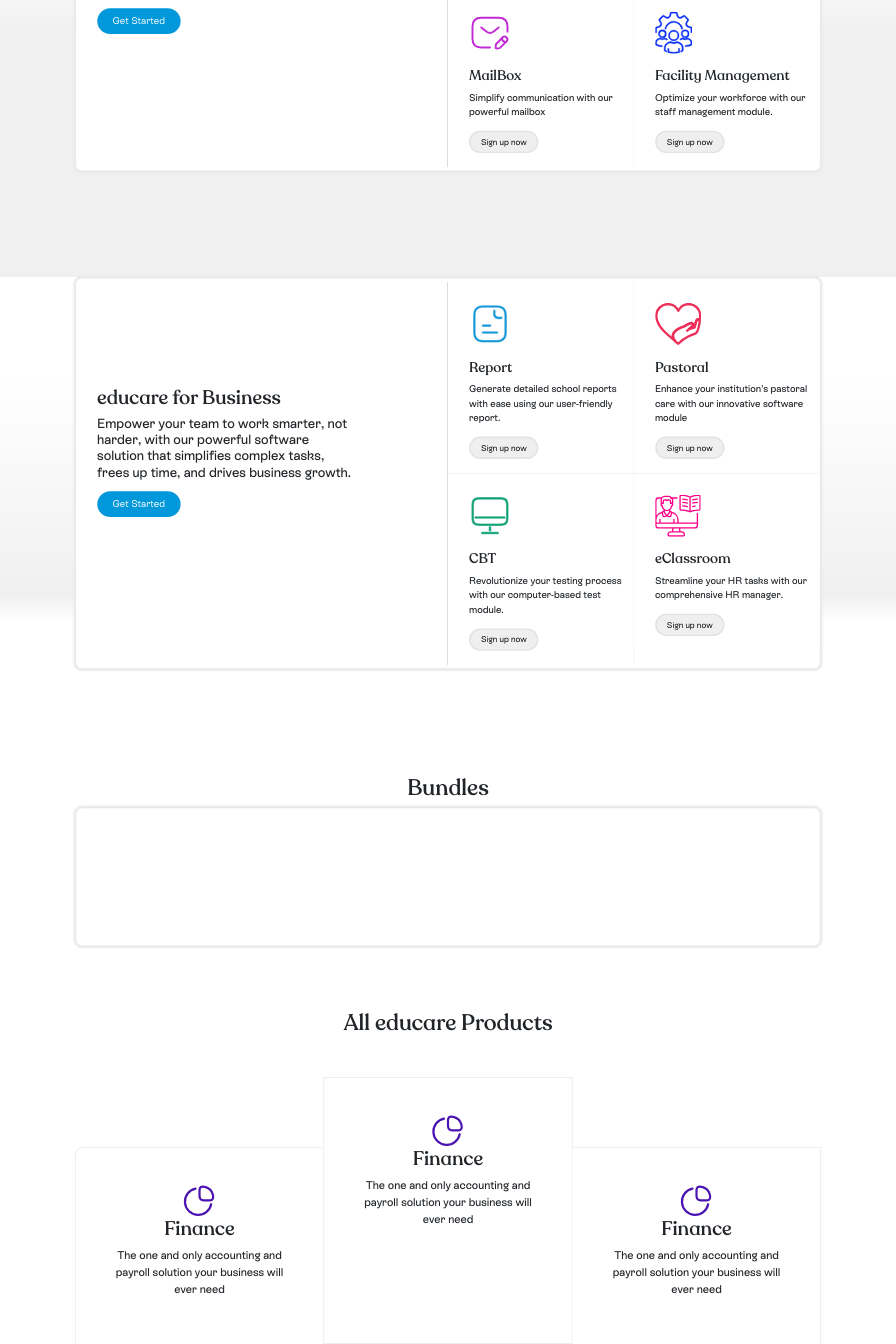
Repository: sarahnnanyelugo/educare-web
Page: /
An editor plug-in stored every save of this project. The page is shown before and after the next save, followed by the edit.
The browser window is 1280 px wide. The pictures show the part of the page from y = 1494 to 3414 px (the page is 3414 px tall), at 70% of full size.
The project was rebuilt for these pictures with package versions that can differ from the ones it lists, and the page was loaded fresh each time.

Above is the page before, as saved 2023-04-05 10:22:34.

After the next save:
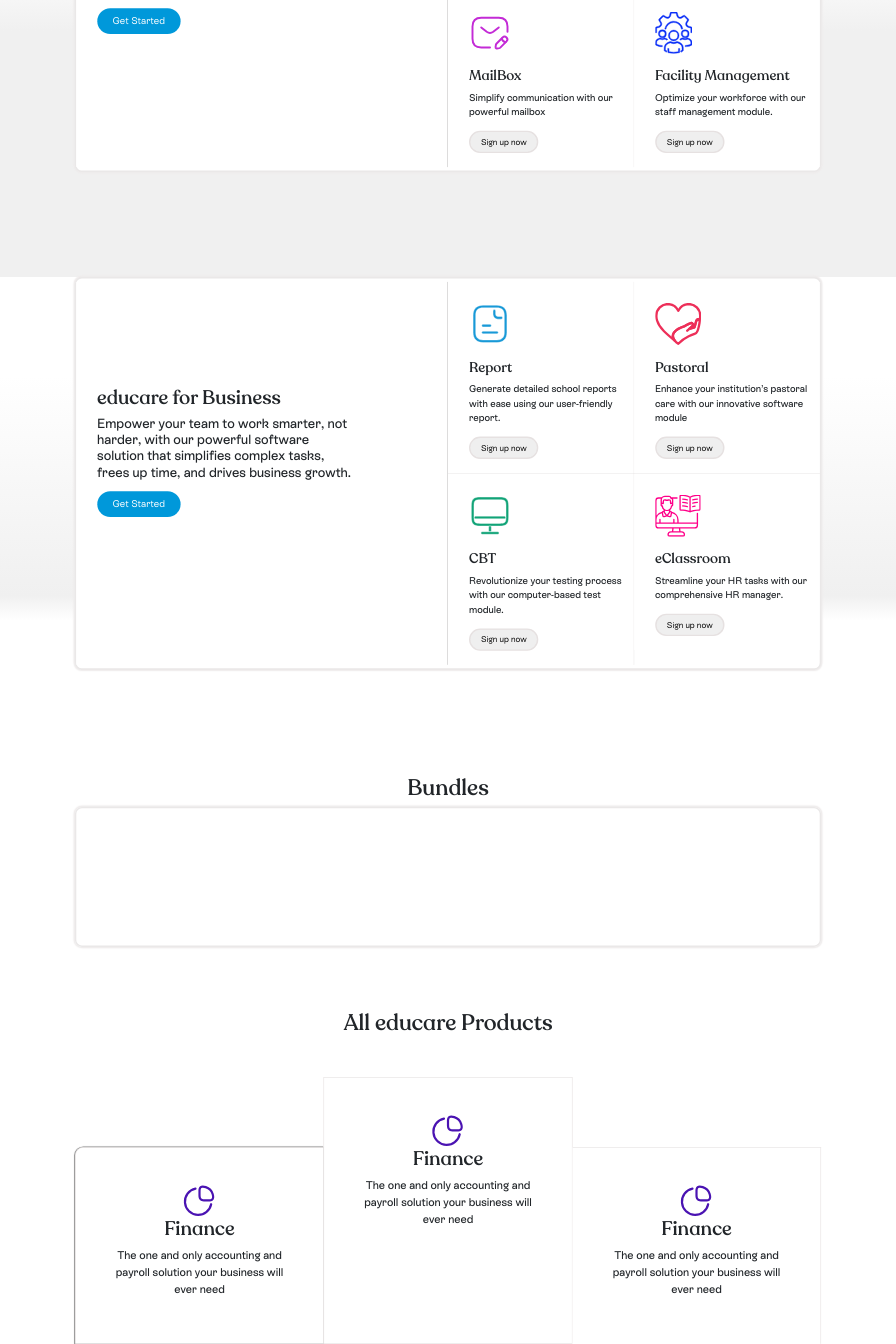
Saved 24 s later.
--- a/src/pages/Home/_home.scss
+++ b/src/pages/Home/_home.scss
@@ -107,6 +107,7 @@
     border-left: solid 1px rgb(233, 229, 229);
     margin-top: 150px;
     border-top-left-radius: 12px;
+    box-shadow: 0 0 1px 1px grey;
   }
   .second-product-column {
     padding: 50px 40px;
